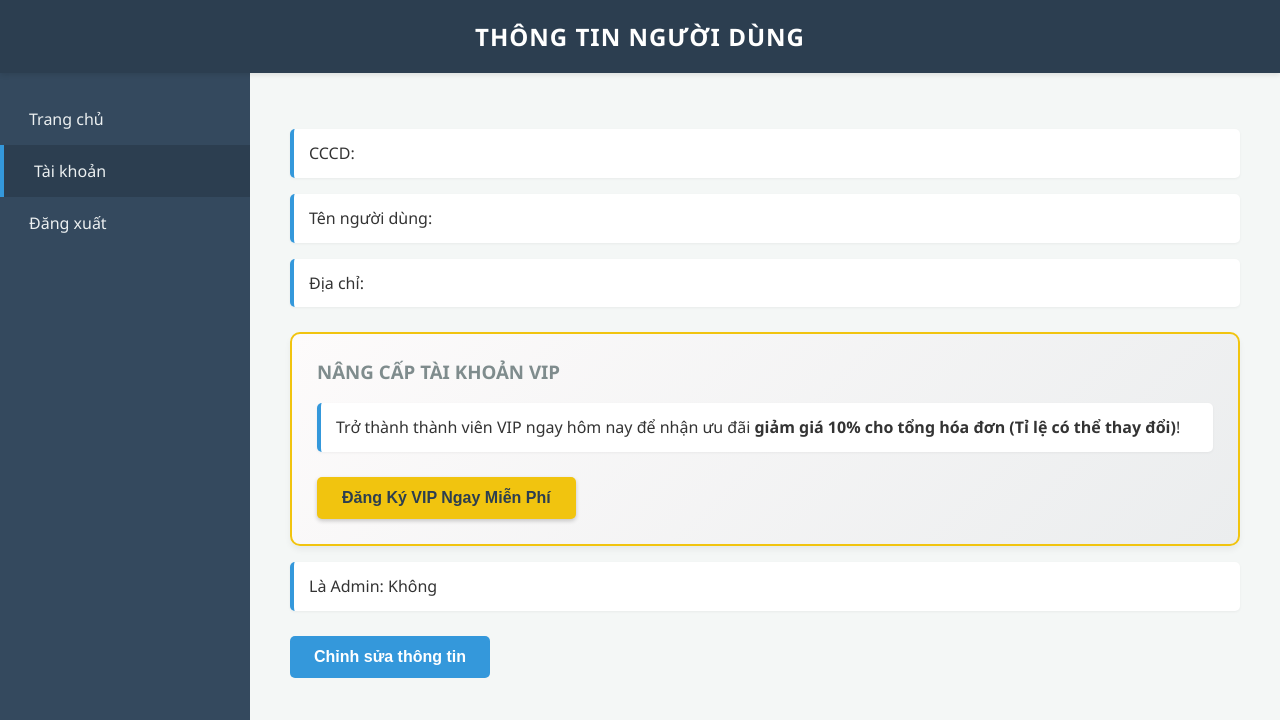
Repository: Chien02/SOAProjects
Page: http://localhost/QuanLyHangHoaWebClient/userInfo.jsp
The author's editor kept a copy of each file at every save. The page is drawn from the files as they stood at one save, then again after the next save.
The browser window is 1280 px wide. The pictures show the whole page.
The page is served by Tomcat 9. Nobody is signed in. The application's start-up code is not run. The template is opened directly, without the code that normally fills it, so the values that code supplies are empty.

Above is the page before, as saved 2026-03-24 02:10:03.

After the next save:
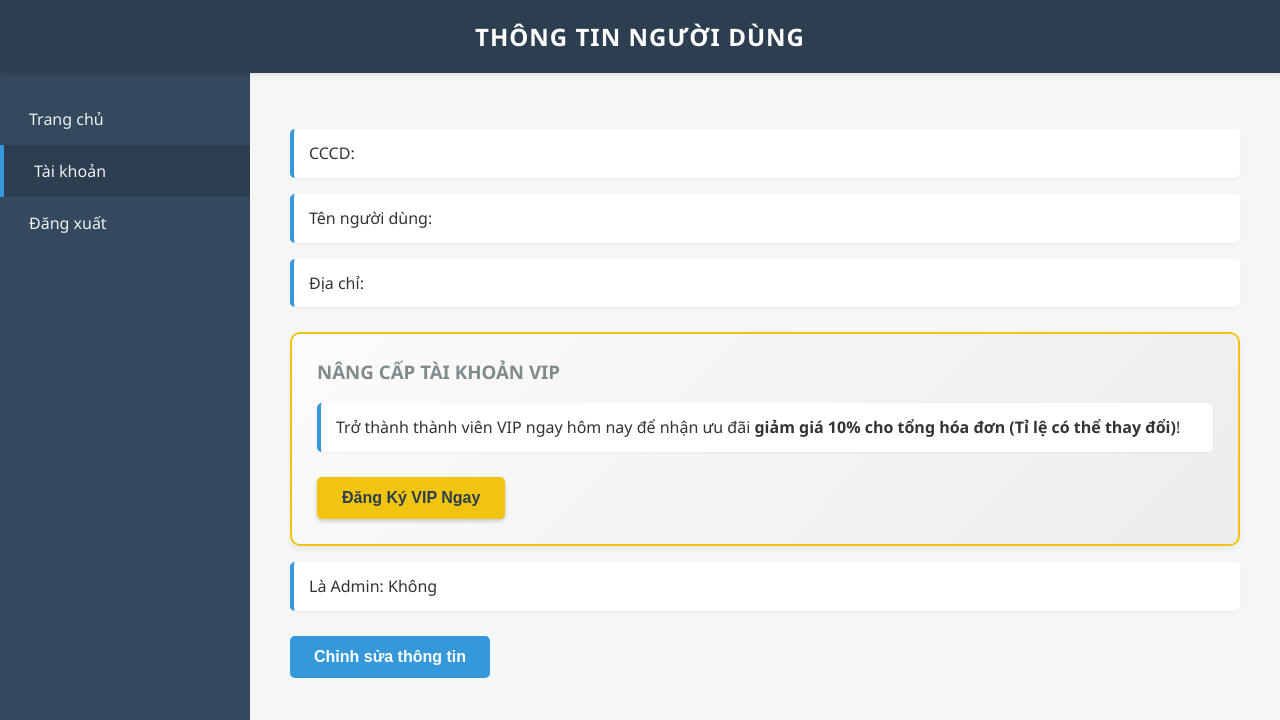
Saved 21 s later.
--- a/QuanLyHangHoaWebClient/WebContent/userInfo.jsp
+++ b/QuanLyHangHoaWebClient/WebContent/userInfo.jsp
@@ -46,7 +46,7 @@
 			            <form action="customer" method="POST" style="display: inline-block;">
 			                <input type="hidden" name="action" value="dangKyVip">
 			                <button type="submit" style="background-color: #f1c40f; color: #2c3e50; font-weight: bold; padding: 12px 25px; border: none; border-radius: 5px; cursor: pointer; box-shadow: 0 2px 4px rgba(0,0,0,0.2);">
-			                    Đăng Ký VIP Ngay Miễn Phí
+			                    Đăng Ký VIP Ngay
 			                </button>
 			            </form>
 			        </c:otherwise>
